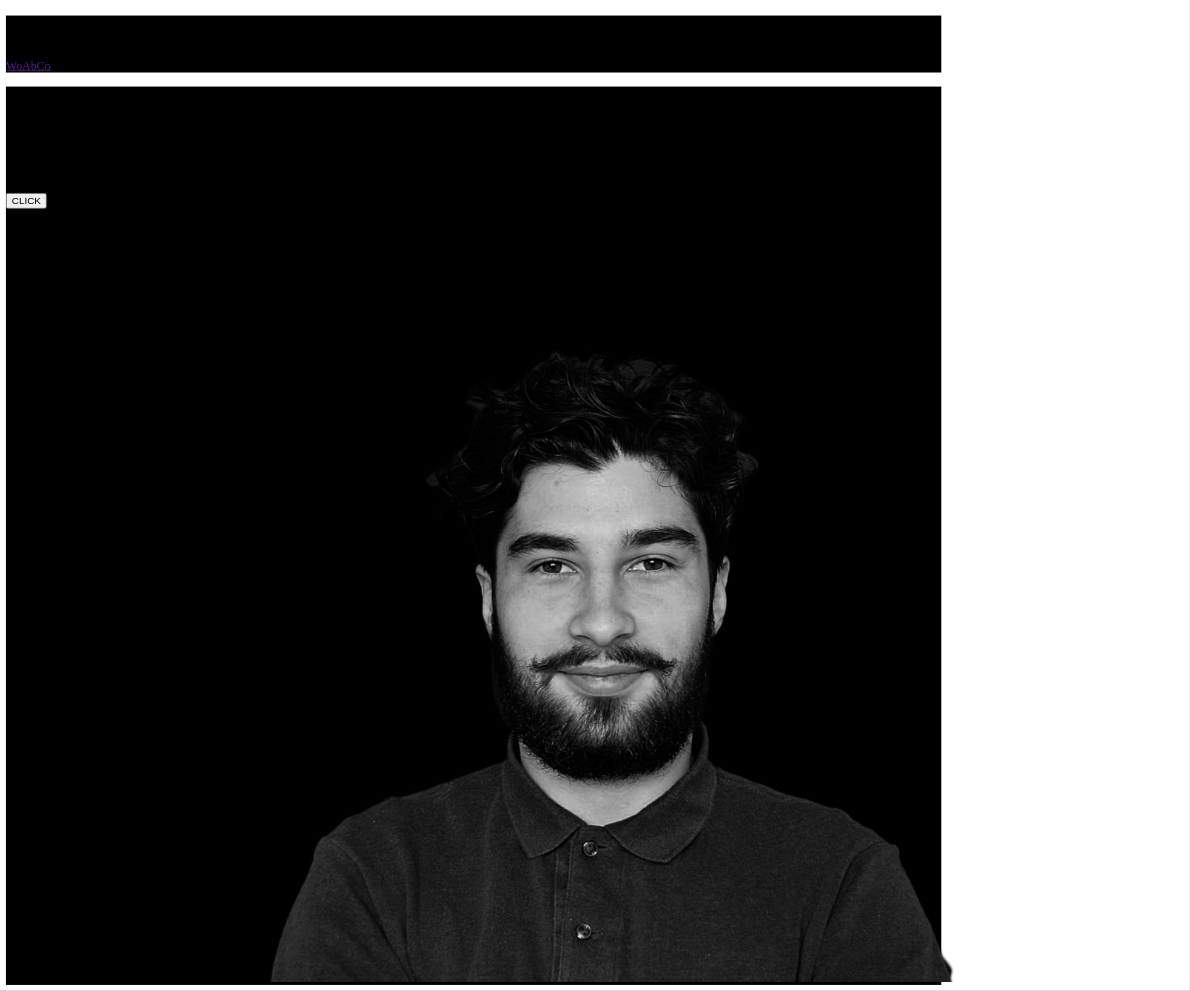
Repository: romgrm/portfolioRomgrm
Page: /
These files come from the project's save history. The page is drawn as it stood at one moment and after a run of saves; the edit follows.
The browser window is 1280 px wide. The page is 1608 px wide, so the pictures cover 1608 px, including what lies to the right of the window. The pictures show the whole page, at 74% of full size.
The project was rebuilt for these pictures with package versions that can differ from the ones it lists, and the page was loaded fresh each time. A package was used in the major version that the imports need, not the one package.json lists. Also part of the build but not shown: src/components/About.js, src/components/Work.js, src/Styles/main.css.

Above is the page before, as saved 2020-12-16 20:13:55.

After the next 2 saves:
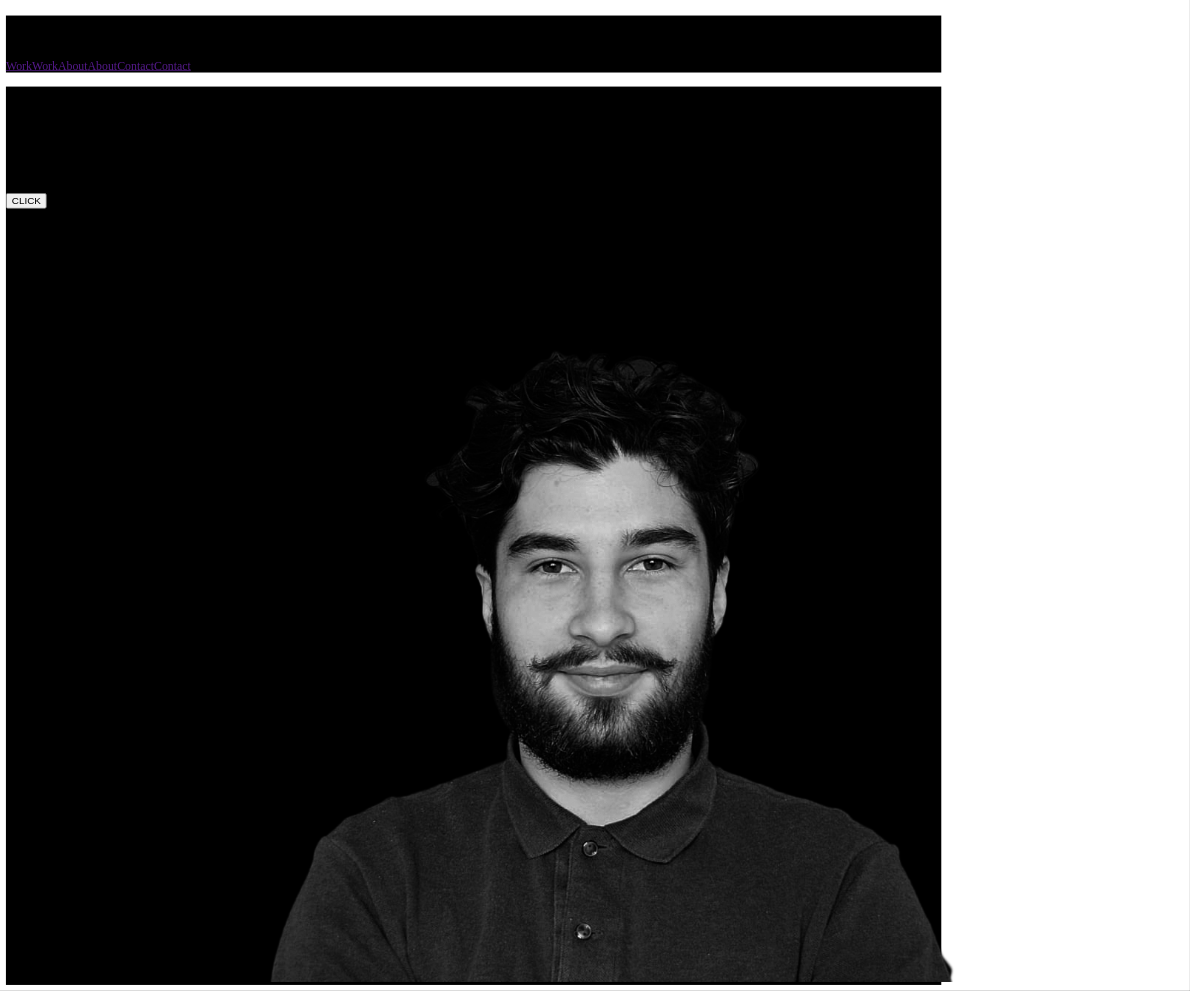
The 2 saves are shown as one change because they came seconds apart.
The last was saved 18 s later.
--- a/src/components/Navigation.js
+++ b/src/components/Navigation.js
@@ -13,8 +13,8 @@
                     {content.nav.links.map((link, index) => {
                         return (
                             <Link key={index} className="nav-link mr-2">
-                                {link.text[0]}
-                                {link.text[1]}
+                                {link.text}
+                                {link.text}
                             </Link>
                         );
                     })}
